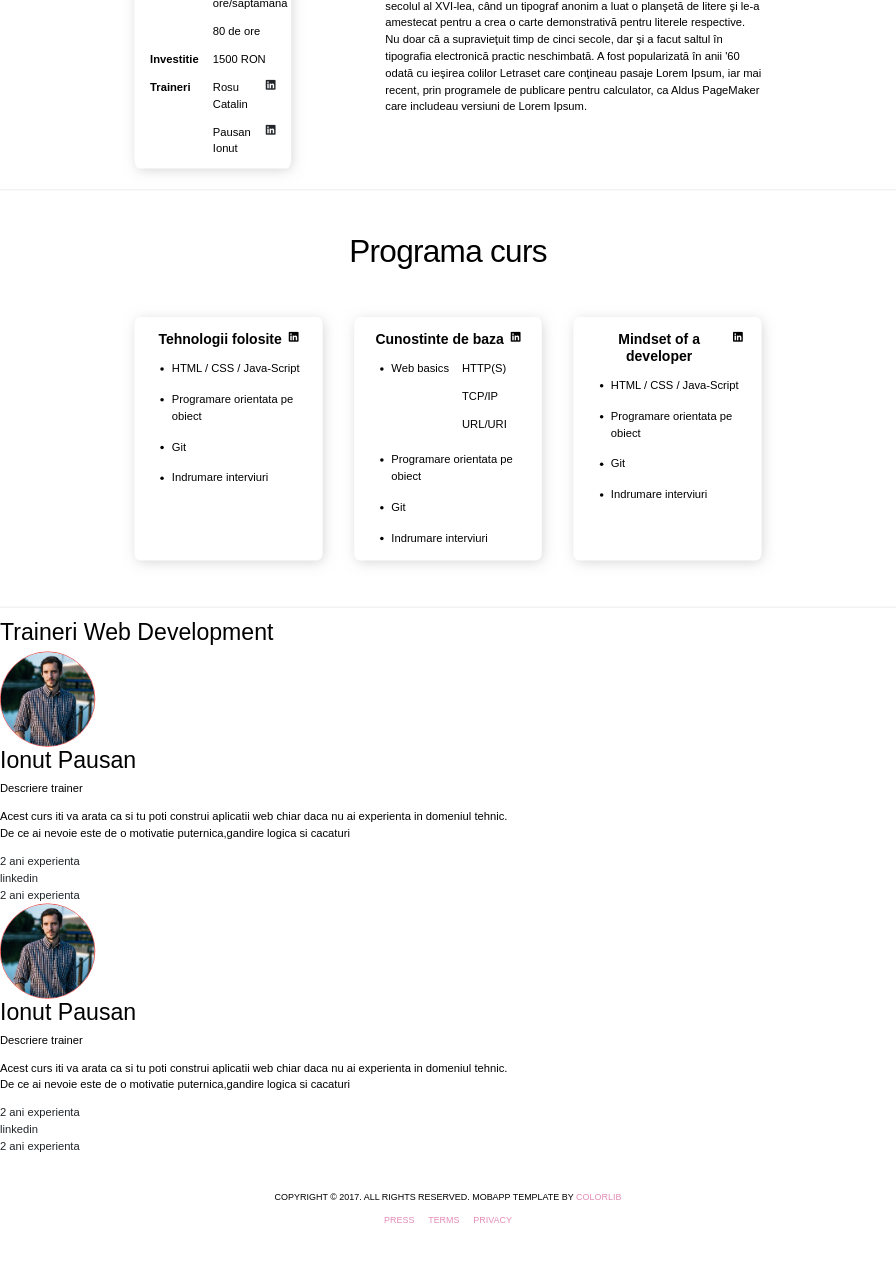
Repository: RosuCatalinDorin/ITSchool
Page: detaliiCurs/views/detalii-curs.html
These files come from the project's save history. The page is drawn as it stood at one moment and after a run of saves; the edit follows.
The browser window is 1280 px wide. The pictures show the part of the page from y = 804 to 2724 px (the page is 2606 px tall before and 2724 px after), at 70% of full size.
Some web libraries are served in a nearby version.

Above is the page before, as saved 2019-03-12 08:23:30.

After the next 2 saves:
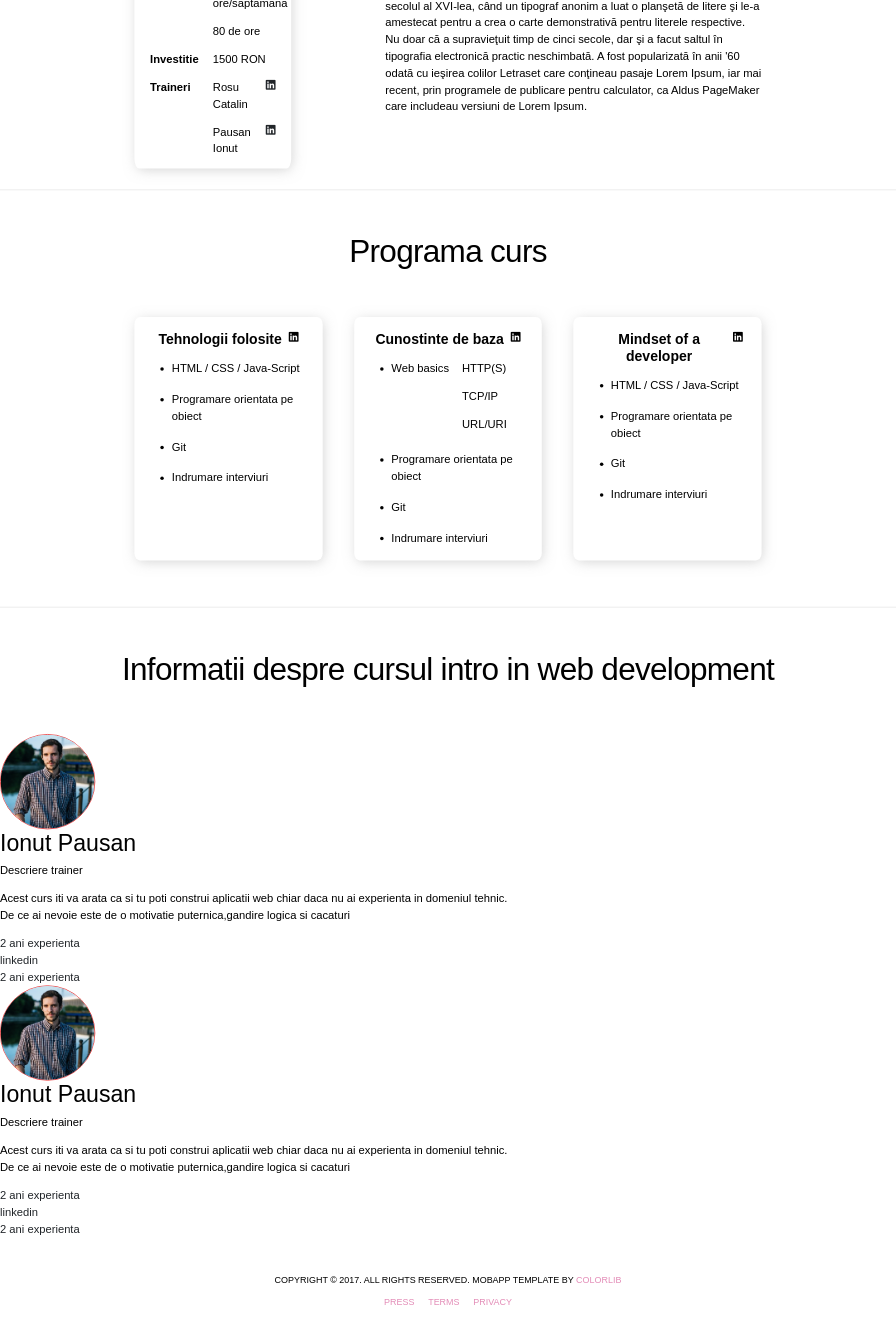
The 2 saves are shown as one change because they came seconds apart.
The last was saved 73 s later.
--- a/detaliiCurs/views/detalii-curs.html
+++ b/detaliiCurs/views/detalii-curs.html
@@ -199,10 +199,11 @@
 
 <!-- PROGRAMA CURS ENDS -->
 
+
 <!-- Trainer description start -->
-<div class="DescriereTrainer">
-        <div>
-            <h3> Traineri Web Development</h3>
+<div class="descriere-trainer">
+        <div class="info-title" >
+            <h2>Informatii despre cursul intro in web development</h2>
         </div>
         <div class="contentTrainerDetails">
             <div class="team-box-trainer">
